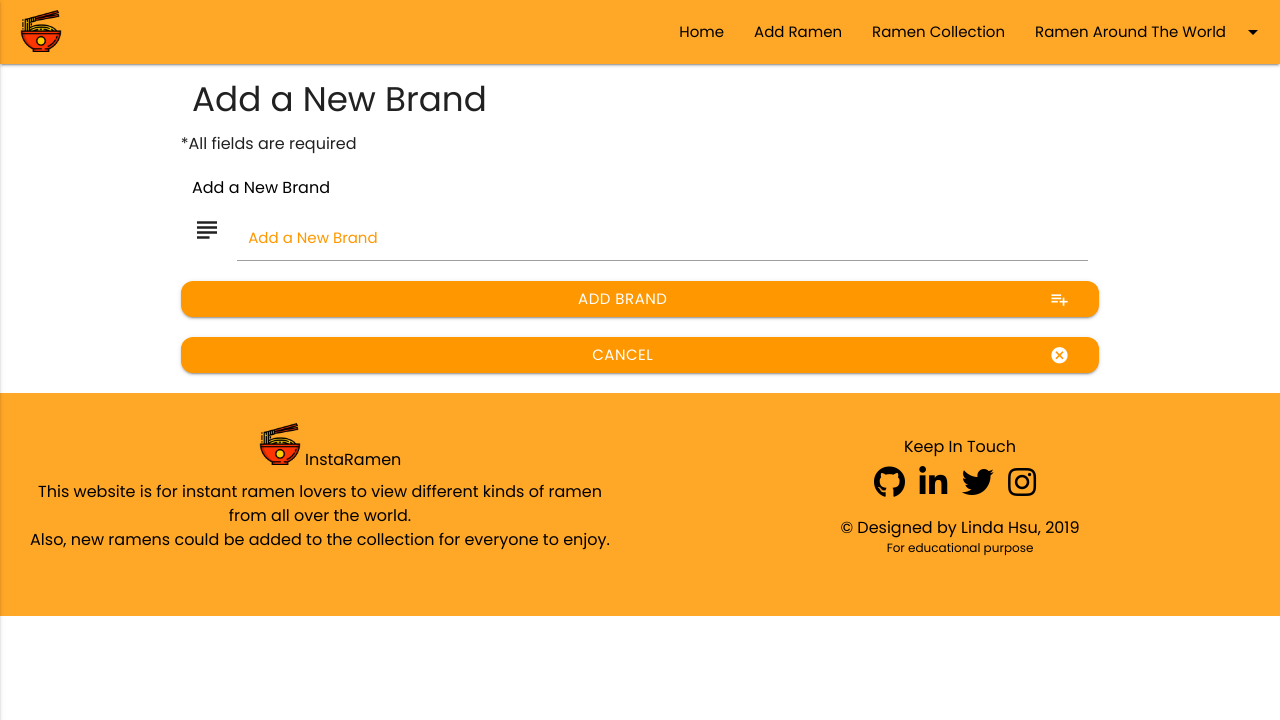
Repository: Paddlepop25/codeinstitute-insta-ramen
Page: http://localhost/add_brands
The author's editor kept a record of every edit. The page is drawn from the files as they stood at one moment, then again after the next edit.
The browser window is 1280 px wide. The pictures show the whole page.
Some web libraries are served in a nearby version. The page is served by the project's application, run on Flask 3 (app.py). Queries for data that is not in the repository find no rows.

Above is the page before.

### templates/add_brands.html
{% extends 'base.html' %} {% block content %}

<div class="container add-brand">
  <h4>Add a New Brand</h4>
  <form action="{{ url_for('insert_brand') }}" method="POST" class="ramen_form">
    <div class="row">
      <span>*</span><span>All fields are required</span>
    </div>
    <p>Add a New Brand</p>
    <div class="input-field col s12">
      <i class="material-icons prefix">subject</i>
      <input id="brand" name="brand" type="text" required>
      <label for="ramen_brand">Add a New Brand</label>
    </div>
    <div class="row">
      <button class="btn waves-effect waves-light orange" type="submit" name="action">Add Brand
        <i class="material-icons right">playlist_add</i>
      </button>
      <a href="{{url_for('get_ramen')}}" class="btn orange"><i class="material-icons right">cancel</i>Cancel</a>
    </div>
  </form>
</div>

{% endblock %}

### templates/base.html
<!DOCTYPE html>
<html>

<head>
  <link href="https://fonts.googleapis.com/icon?family=Material+Icons" rel="stylesheet">
  <link rel="stylesheet" href="https://cdnjs.cloudflare.com/ajax/libs/materialize/0.100.2/css/materialize.min.css">
  <link rel="stylesheet" href="https://use.fontawesome.com/releases/v5.8.1/css/all.css" integrity="sha384-50oBUHEmvpQ+1lW4y57PTFmhCaXp0ML5d60M1M7uH2+nqUivzIebhndOJK28anvf" crossorigin="anonymous" />
  <link href="https://fonts.googleapis.com/css?family=Montserrat|Poppins|Roboto&display=swap" rel="stylesheet">
  <link rel="icon" href="{{ url_for('static', filename='images/favicon.ico') }}" type="image/x-icon" />
  <link rel="stylesheet" href="/static/styles/styles.css" type="text/css" />

  <!-- Meta Data -->
  <meta charset="UTF-8">
  <meta name="viewport" content="width=device-width, initial-scale=1, shrink-to-fit=no">
  <meta http-equiv="X-UA-Compatible" content="ie=edge">
  <meta name="description" content="Insta Ramen">
  <meta name="keywords" content="Noodles, Ramen, Instant, Cup, Bowl, Packet">
  <meta name="author" content="Linda Hsu">

  <title>InstaRamen - {{ title }} </title>
</head>

<body>
  <header>
    <!--<div class="navbar-fixed">-->
    <nav>
      <div class="nav-wrapper orange lighten-1">
        <a href="{{url_for('index')}}" class="brand-logo"><img class="ramen_logo" src="{{ url_for('static', filename='images/noodle_icon.png') }}" alt="Ramen noodles with chopsticks logo"/></a>
        <a href="#" data-activates="mobile-demo" class="button-collapse"><i class="material-icons">menu</i></a>
        <ul class="right hide-on-med-and-down">
          <li><a href="{{url_for('index')}}">Home</a></li>
          <li><a href="{{url_for('add_ramen')}}">Add Ramen</a></li>
          <li><a href="{{url_for('get_ramen')}}">Ramen Collection</a></li>
          <li><a class="dropdown-button" href="#!" data-activates="dropdown1">Ramen Around The World<i class="material-icons right">arrow_drop_down</i></a>
            <ul id="dropdown1" class="dropdown-content">
              <li><a href="{{ url_for('ramen_asia') }}">Asia</a></li>
              <li><a href="{{ url_for('ramen_americas') }}">The Americas</a></li>
              <li><a href="{{ url_for('ramen_europe') }}">Europe</a></li>
              <li><a href="{{ url_for('ramen_rest_world') }}">Rest Of The World</a></li>
            </ul>
          </li>
        </ul>
        <ul class="side-nav" id="mobile-demo">
          <li><a href="{{url_for('index')}}">Home</a></li>
          <li><a href="{{url_for('add_ramen')}}">Add Ramen</a></li>
          <li><a href="{{url_for('get_ramen')}}">Ramen Collection</a></li>
          <li><a href="{{ url_for('ramen_asia') }}">Ramen from Asia</a></li>
          <li><a href="{{ url_for('ramen_americas') }}">Ramen from The Americas</a></li>
          <li><a href="{{ url_for('ramen_europe') }}">Ramen from Europe</a></li>
          <li><a href="{{ url_for('ramen_rest_world') }}">Ramen from Rest Of The World</a></li>
        </ul>
      </div>
    </nav>

    <!--</div>-->

  </header>

  {% block content %} {% endblock %}
  <div class="container-fluid">
    <footer class="page-footer orange lighten-1">
      <div class="row">
        <div class="col s12 m6 footer-logo">
          <div class="website-info">
            <a href="{{url_for('index')}}" class="brand-logo"><img class="ramen_logo" src="{{ url_for('static', filename='images/noodle_icon.png') }}" alt="Ramen noodles with chopsticks logo"/></a>
            <a href="{{url_for('index')}}">InstaRamen</a>
          </div>
          <p>This website is for instant ramen lovers to view different kinds of ramen from all over the world.
            <br> Also, new ramens could be added to the collection for everyone to enjoy.</p>
        </div>

        <div class="col s12 m6 footer-social">
          <p>Keep In Touch</p>
          <span><a href="https://github.com/Paddlepop25" target="_blank"><i class="fab fa-github fa-2x"></i></a></span>
          <span><a href="https://www.linkedin.com/in/lindahsu007/" target="_blank"><i class="fab fa-linkedin-in fa-2x"></i></a></span>
          <span><a href="https://twitter.com/shecodeshsucode" target="_blank"><i class="fab fa-twitter fa-2x"></i></a></span>
          <span><a href="https://www.instagram.com/shecodeshsucodes/" target="_blank"><i class="fab fa-instagram fa-2x"></i></a></span>
          <p class="design">&copy; Designed by Linda Hsu, 2019</p>
          <small>For educational purpose</small>
        </div>
      </div>
    </footer>
  </div>

  <script src="https://cdnjs.cloudflare.com/ajax/libs/jquery/3.2.1/jquery.min.js"></script>
  <script src="https://cdnjs.cloudflare.com/ajax/libs/materialize/0.100.2/js/materialize.min.js"></script>
  <!--<script type="text/javascript" src="./static/scripts/app.js"></script>-->
  <script type="text/javascript">
    $(document).ready(function() {
      $(".button-collapse").sideNav();
      $(document).ready(function() {
        $('input#input_text, textarea#textarea1').characterCounter();
      });
      $('select').material_select();
      $(".dropdown-button").dropdown();
    });
  </script>
</body>

</html>

### app.py
import os
from flask import Flask, render_template, redirect, request, url_for
from flask_pymongo import PyMongo, ASCENDING, DESCENDING
from bson.objectid import ObjectId
import re
import math
from werkzeug.utils import secure_filename

app = Flask(__name__)
app.config['UPLOAD_FOLDER'] = '/home/ubuntu/environment/uploads'
app.config['MONGO_DBNAME'] = 'ramen_database'
app.config["MONGO_URI"] = os.environ.get("MONGO_URI")

mongo = PyMongo(app)

@app.route('/')
def index():
    latest_three=mongo.db.ramens.find().sort([("_id", DESCENDING)]).limit(3)
    return render_template('index.html', title="Home", latest_three=latest_three)

@app.route('/display_ramen/<ramen_id>', methods=['GET'])
def display_ramen(ramen_id):
    ramen = mongo.db.ramens.find_one({"_id": ObjectId(ramen_id)})
    return render_template('display_ramen.html', title="Display Ramen", ramen=ramen)

@app.route('/get_ramen')
def get_ramen():
    ramens=mongo.db.ramens.find().sort([("_id", DESCENDING)])
    return render_template('ramen_collection.html', title="Ramen Collection", ramens=ramens)

@app.route('/ramen_asia')
def ramen_asia():
    ramens=mongo.db.ramens.find({'continent': 'Asia'})
    return render_template('ramen_asia.html', title="Ramen from The Asia", ramens=ramens)

@app.route('/ramen_europe')
def ramen_europe():
    ramens=mongo.db.ramens.find({'continent': 'Europe'})
    return render_template('ramen_europe.html', title="Ramen from The Europe", ramens=ramens)

@app.route('/ramen_americas')
def ramen_americas():
    ramens=mongo.db.ramens.find({'continent': 'The Americas'})
    return render_template('ramen_americas.html', title="Ramen from The Americas", ramens=ramens)

@app.route('/ramen_rest_world')
def ramen_rest_world():
    ramens=mongo.db.ramens.find({'continent': 'The Rest'})
    return render_template('ramen_rest_world.html', title="Ramen from the Rest Of The World", ramens=ramens)

# @app.route('/ramen_world')
# def ramen_world():
#     ramens=mongo.db.ramens.find(
#         {'$or':
#             [{'continent': 'Asia'},{'continent': "Europe"},{'continent': "The Americas"},{'continent': "The Rest"}]
#         }
#         )
#     return render_template('ramen_world.html', title="Rest Of The World", ramens=ramens)

@app.route('/search_ramen')
def search_ramen():
    orig_query = request.args['query']
    query = {'$regex': re.compile('.*{}.*'.format(orig_query)), '$options': 'i'}
    print(query)
    results=mongo.db.ramens.find({'flavour': query})

    ramen = []
    for result in results:
        ramen.append(result)

    return render_template('ramen_search.html', title="Search Results", query=orig_query, ramen_search=ramen)

@app.route('/add_ramen')
def add_ramen():
    brands = mongo.db.brands.find().sort([("brand", ASCENDING)])
    countries=mongo.db.countries.find().sort([("country", ASCENDING)])
    return render_template('add_ramen.html', title="Add a Ramen", countries=countries, brands=brands)

@app.route('/insert_ramen', methods=['POST'])
def insert_ramen():
    ramens = mongo.db.ramens
    if "ramen_image" in request.files:
        ramen_image = request.files['ramen_image']
        mongo.save_file(ramen_image.filename, ramen_image)

    new_ramen = {
        'brand': request.form.get('brand'),
        'flavour':request.form.get('flavour'),
        'style': request.form.get('style'),
        'country':request.form.get('country'),
        'continent':request.form.get('continent'),
        'stars':int(request.form.get('stars')),
        'reviews':request.form.get('reviews'),
        'imageURL': ramen_image.filename
    }
    ramens.insert_one(new_ramen)
    return redirect(url_for('get_ramen'))

@app.route('/file/<filename>')
def file(filename):
    return mongo.send_file(filename)

@app.route('/edit_ramen/<ramen_id>', methods=['GET'])
def edit_ramen(ramen_id):
    ramen = mongo.db.ramens.find_one({"_id": ObjectId(ramen_id)})
    brands = mongo.db.brands.find().sort([("brand", ASCENDING)])
    countries = mongo.db.countries.find().sort([("country", ASCENDING)])
    return render_template('edit_ramen.html', title="Edit Ramen", ramen=ramen, brands=brands, countries=countries)

@app.route('/update_ramen/<ramen_id>', methods=["POST"])
def update_ramen(ramen_id):
    ramen = mongo.db.ramens.find_one({"_id": ObjectId(ramen_id)})

    # try code
    brand = request.form.get('brand')
    flavour = request.form.get('flavour')
    style = request.form.get('style')
    country = request.form.get('country')
    stars = int(request.form.get('stars'))
    reviews = request.form.get('reviews')
    # end of try code

    if "ramen_image" in request.files and request.files['ramen_image'].filename != "":
        ramen_image = request.files['ramen_image']
        image_filename = ramen_image.filename
        mongo.save_file(ramen_image.filename, ramen_image)
    else:
        image_filename = ramen['imageURL']

    ramen.update( {'_id': ObjectId(ramen_id)},
    {
        'brand': brand,
        'flavour': flavour,
        'style': style,
        'country': country,
        'stars': int(stars),
        'reviews': reviews,
        'imageURI': image_filename
    })
    return redirect(url_for('get_ramen'))

@app.route('/delete_ramen/<ramen_id>')
def delete_ramen(ramen_id):
    mongo.db.ramens.remove({'_id': ObjectId(ramen_id)})
    return redirect(url_for('get_ramen'))

@app.route('/add_brands')
def add_brands():
    brand = mongo.db.brands.find()
    add_a_brand = mongo.db.ramens.find()
    return render_template('add_brands.html', title="Add a Brand", brand=brand)

@app.route('/insert_brand', methods=['POST'])
def insert_brand():
    brand = mongo.db.brands
    query = request.form.get('brand').lower()
    find_brand = mongo.db.brands.find_one({'brand': query})
    if find_brand is None:
        new_brand = {
            'brand': request.form.get('brand').lower()
        }
        brand.insert_one(new_brand)
    return redirect(url_for('add_ramen'))

@app.errorhandler(404)
def error_404(not_found):
    return render_template('error404.html', title="Error 404")

if __name__ == '__main__':
    app.run(host=os.environ.get('IP'),
            port=int(os.environ.get('PORT')),
            debug=True)

### static/styles/styles.css
body {
    font-size: 16px;
    font-family: 'Poppins', cursive;
    /*background: #FFF5E6;*/
}

.noodle_img_index img {
    width: 100vw;
    opacity: 0.8;
}

.nav-wrapper ul li:last-child li a {
    color: #ef6c00;
}

.nav-wrapper ul li a {
    color: #000000;
}

.welcome-page {
    text-align: center;
}

.welcome-page h1 {
    font-size: 2rem;
    margin-top: 10px;
    margin-bottom: 0;
}

.welcome-message {
    position: relative;
    top: -68px;
}

.welcome-message p {
    padding: 0 25px;
    font-size: 1rem;
}

.search-section {
    position: relative;
    top: -16px;
}

.search-button button {
    width: 60%;
    border-radius: 12px;
    margin-bottom: 20px;
}

.search-button button:hover {
    color: #000000;
}

.search-result {
    position: relative;
    margin: 0 0 5% 20%;
}

.sorry-cat {
    width: 100%;
}

.error-page p {
    font-size: 1.2rem;
    text-align: center;
    margin-top: 30px;
}

.error-page a {
    width: 60%;
    margin-left: 20%;
}

.ramen_logo {
    width: 2.8rem;
    margin-left: 20px;
    margin-top: 10px;
}

.card .card-content {
    padding: 24px 10px;
}


/*Index page*/

.search-section input:focus {
    border-bottom: 1px solid #ff9800 !important;
    box-shadow: 0 1px 0 0 #ff9800 !important;
}

.input-field label {
    color: #ff9800;
}

.input-field input:focus+label {
    color: #ff9800 !important;
}

.input-field input[type=text]:focus + label {

     color: #ff9800;

}

.input-field input[type=text]:focus {

     border-bottom: 1px solid #ff9800;

     box-shadow: 0 1px 0 0 #ff9800;

}

.input-field input[type=text].valid {
     border-bottom: 1px solid #ff9800;
     box-shadow: 0 1px 0 0 #ff9800;
}

.input-field input[type=text].invalid {
     border-bottom: 1px solid #ff9800;
     box-shadow: 0 1px 0 0 #ff9800;
}

 .input-field .prefix.active {
     color: #ff9800;
 }

.index-page-card {
    position: relative;
    top: -70px;
}

.index-page-card .card .card-content {
    overflow-y: scroll;
    max-height: 144px;
}

.index-page-card h4 {
    font-size: 1.8rem;
}

.index-page-card .card-content {
    text-align: center;
}

.index-page-card a {
    position: relative;
    width: 60%;
    margin: 5% 0 5% 20%;
    border-radius: 12px;
}

.index-page-card a:hover {
    color: #000000;
}

/* Search page*/

.search-page-card .card .card-content {
    overflow-y: scroll;
    min-height: 200px;
}

.search-page-card h4 {
    font-size: 1.8rem;
    text-align: center;
}

.search-page-card .card-content {
    text-align: left;
}

.search-page-card a {
    position: relative;
    width: 60%;
    margin: 0 0 5% 20%;
    border-radius: 12px;
}

.search-page-card a:hover {
    color: #000000;
}


/* Add Ramen page*/

.add-ramen h4 {
    position: relative;
    top: 90px;
    text-align: center;
}

.ramen-form {
    border: 2px solid black;
    border-radius: 25px;
    box-shadow: 2px 2px 8px grey;
    margin: 100px auto;
    padding: 20px;
}

.dropdown-content li>a,
.dropdown-content li>span {
    color: #ef6c00;
}

.select-brand p {
    margin-top: -20px;
}

.select-brand a {
    width: 100%;
    border-radius: 12px;
}

.select-brand a:hover {
    color: #000000;
}

.select-packaging {
    position: relative;
    top: -20px;
}

.select-country-continent {
    position: relative;
    top: -15px;
}

.select-stars-reviews {
    position: relative;
    top: -43px;
}

.select-stars-reviews .stars {
    position: relative;
    top: 15px;
}

.select-reviews {
    position: relative;
    top: 12px;
}

.select-upload-image {
    position: relative;
    top: -55px;
}

.select-upload-image input {
    border: 2px solid orange;
    width: 100%;
    margin-top: 5px;
    margin-bottom: 15px;
    border-radius: 12px;
}

.select-upload-image button {
    width: 100%;
    border-radius: 12px;
}

.select-upload-image button:hover {
    color: #000000;
}

.select-upload-image a {
    position: relative;
    top: 25px;
    width: 100%;
    border-radius: 12px;
}

.select-upload-image a:hover {
    color: #000000;
}


/* Edit Ramen Page*/

.edit-ramen h4 {
    position: relative;
    top: 90px;
    text-align: center;
}

.edit-stars {
    position: relative;
    top: -90px;
}

.edit-reviews {
    position: relative;
    top: 45px;
}

.edit-image {
    position: relative;
    top: -75px;
}

/*Footer*/

footer a,
p,
small {
    color: #000000;
}

.page-footer {
    padding-bottom: 20px;
}

.page-footer a:last-child:hover {
    color: #ffffff;
}

.footer-logo {
    text-align: center;
}

.footer-logo p {
    position: relative;
    top: -8px;
    padding: 0px 18px;
}

.footer-logo small {
    position: relative;
    top: -25px;
}

.footer-social {
    text-align: center;
}

.footer-social a:hover {
    color: #ffffff;
}

.footer-social p:first-child {
    margin-top: 0;
    margin-bottom: 7px;
}

.footer-social span {
    margin-right: 10px;
}

.design {
    margin-top: 15px;
    margin-bottom: 0;
}

.footer-social small {
    position: relative;
    top: -5px;
}


/* Add Brand page*/

.add-brand button {
    border-radius: 12px;
    width: 100%;
    margin-bottom: 20px;
}

.add-brand a {
    border-radius: 12px;
    width: 100%;
}

/* Ramen Collection Page */

.ramen-collection-page h4 {
    font-size: 2.5rem;
    text-align: center;
}

.ramen-collection-page .card .card-content {
    overflow-y: scroll;
    max-height: 144px;
}

.ramen-collection-page h4 {
    font-size: 1.8rem;
}

.ramen-collection-page .card-content {
    text-align: left;
}

.ramen-collection-page a {
    position: relative;
    width: 60%;
    margin: 5% 0 5% 20%;
    border-radius: 12px;
}

.ramen-collection-page a:hover {
    color: #000000;
}


/* Display Page */

.display-page img {
    width: 100%;
    margin-top: 40px;
}

.display-page p {
    padding-left: 30px;
    padding-right: 30px;
}

.display-edit-delete a {
    width: 100%;
    border-radius: 12px;
}

.display-edit-delete a:hover {
    color: #000000;
}


.display-edit {
    position: relative;
    top: -15px;
    margin-top: 20px;
}

/* Asia Collection */

.asia-page h4 {
    font-size: 2.5rem;
    text-align: center;
}

.asia-page .card .card-content {
    overflow-y: scroll;
    max-height: 144px;
}

.asia-page h4 {
    font-size: 1.8rem;
}

.asia-page .card-content {
    text-align: left;
}

.asia-page a {
    position: relative;
    width: 60%;
    margin: 5% 0 5% 20%;
    border-radius: 12px;
}

.asia-page a:hover {
    color: #000000;
}

/* Europe page */

.europe-page h4 {
    font-size: 2.5rem;
    text-align: center;
}

.europe-page .card .card-content {
    overflow-y: scroll;
    max-height: 144px;
}

.europe-page h4 {
    font-size: 1.8rem;
}

.europe-page .card-content {
    text-align: left;
}

.europe-page a {
    position: relative;
    width: 60%;
    margin: 5% 0 5% 20%;
    border-radius: 12px;
}

.europe-page a:hover {
    color: #000000;
}

/* The Americas page */

.america-page h4 {
    font-size: 2.5rem;
    text-align: center;
}

.america-page .card .card-content {
    overflow-y: scroll;
    max-height: 144px;
}

.america-page h4 {
    font-size: 1.8rem;
}

.america-page .card-content {
    text-align: left;
}

.america-page a {
    position: relative;
    width: 60%;
    margin: 5% 0 5% 20%;
    border-radius: 12px;
}

.america-page a:hover {
    color: #000000;
}

/* The Rest Of The World page */

.rest-world-page h4 {
    font-size: 2.5rem;
    text-align: center;
}

.rest-world-page .card .card-content {
    overflow-y: scroll;
    max-height: 144px;
}

.rest-world-page h4 {
    font-size: 1.8rem;
}

.rest-world-page .card-content {
    text-align: left;
}

.rest-world-page a {
    position: relative;
    width: 60%;
    margin: 5% 0 5% 20%;
    border-radius: 12px;
}

.rest-world-page a:hover {
    color: #000000;
}

@media (min-width: 601px) {
    .index-page-card .card .card-content {
        overflow-y: scroll;
        min-height: 290px;
    }

    .welcome-page h1 {
        font-size: 2.8rem;
    }

    .welcome-message p {
        font-size: 1.1rem;
    }

    .index-page-card h4 {
        font-size: 2.5rem;
        text-align: center;
    }
    .footer-social {
        position: relative;
        top: 4.5vh;
    }

    .ramen-form {
        padding: 40px;
    }

    .select-brand a {
        width: 40%;
    }

    .select-flavour {
        position: relative;
        top: -55px;
    }

    .select-country-continent {
        position: relative;
        top: -60px;
    }

    .select-stars-reviews {
        position: relative;
        top: -90px;
    }

    .select-upload-image {
        position: relative;
        top: -100px;
    }
}


.display-details p {
    padding-left: 50px;
}

.display-brand {
    padding-top: 30px
}


.display-edit-delete div:first-child {
    position: relative;
    top: 0;
}


/* Error page*/

.error-page p {
    font-size: 1.5rem;

}

.error-page a {
    border-radius: 12px;
}




@media (min-width: 601px) {
    .index-page-card .card .card-content {
        overflow-y: scroll;
        min-height: 160px;
    }

    .select-brand a {
        position: relative;
        left: 250px;
        bottom: 54px;
    }

    .select-packaging {
        position: relative;
        top: -65px;
    }

    .select-upload-image {
        position: relative;
        top: -80px;
    }

    .select-upload-image a {
        position: relative;
        top: 0;
        width: 100%;
        border-radius: 12px;
    }

    .edit-reviews {
        position: relative;
        top: 18px;
    }

}

@media (min-width: 993px) {
    .welcome-page h1 {
        font-size: 3rem;
    }

    .index-page-card h4 {
        font-size: 2.7rem;
    }
}

@media (min-width: 1200px) {
    .welcome-page h1 {
        font-size: 3.3rem;
    }
    .index-page-card h4 {
        font-size: 3rem;
    }
    .index-page-card .card .card-content {
        overflow-y: scroll;
        min-height: 220px;
    }
}


@media (min-width: 1022px) {
    .footer-social {
        position: relative;
        top: 3vh;
    }
}

@media (min-width: 1450px) {
    .footer-social {
        position: relative;
        top: 1.5vh;
    }
}

After the next edit:
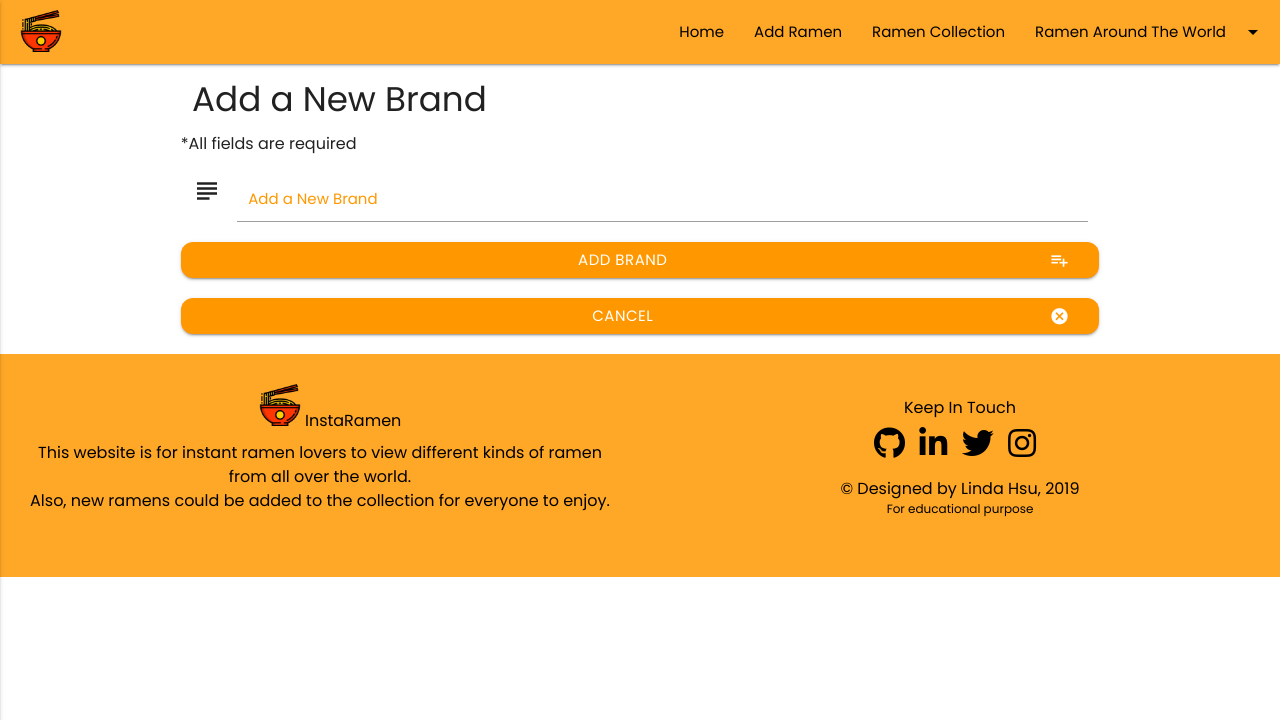
The edit:
--- a/templates/add_brands.html
+++ b/templates/add_brands.html
@@ -6,7 +6,6 @@
     <div class="row">
       <span>*</span><span>All fields are required</span>
     </div>
-    <p>Add a New Brand</p>
     <div class="input-field col s12">
       <i class="material-icons prefix">subject</i>
       <input id="brand" name="brand" type="text" required>
